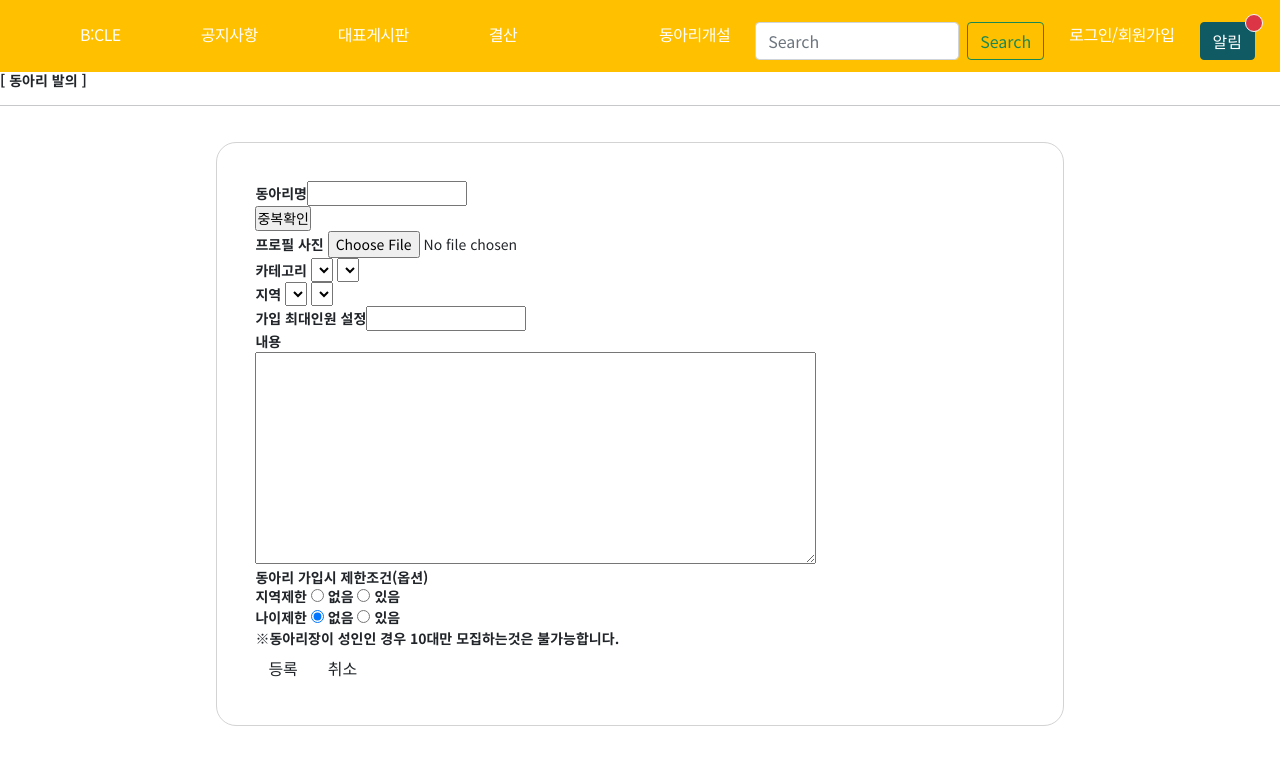
Repository: CHAEYUN7074/SpringProject
Page: http://localhost/viewpages/WEB-INF/view/PreClubUpdateForm.jsp
The author's editor kept a copy of each file at every save. The page is drawn from the files as they stood at one save, then again after the next save.
The browser window is 1280 px wide. The pictures show the whole page.
Some web fonts or font styles are not loaded; a fallback is used. The page is served by Tomcat 9. Nobody is signed in. Other server files are loaded and not shown. The template is opened directly, without the code that normally fills it, so the values that code supplies are empty.

Above is the page before, as saved 2021-12-27 14:20:57.

### viewpages/WebContent/WEB-INF/view/PreClubUpdateForm.jsp
<%@ page contentType="text/html; charset=UTF-8"%>
<%@ taglib prefix="c" uri="http://java.sun.com/jsp/jstl/core"%>
<%
   request.setCharacterEncoding("UTF-8");
String cp = request.getContextPath();
%>
<!DOCTYPE html>
<html>
<head>
<meta charset="UTF-8">
<title>PreClubUpdateForm.jsp</title>
<link rel="stylesheet" href="css/mainpage.css">
<style type="text/css">
#contents {
   margin : 5vh 30vh 5vh 30vh;
   padding : 3%;
   border : 1px solid lightgray;
   border-radius : 20px;
   font-family: 'Noto Sans KR', sans-serif;
   font-weight:bold;
}



</style>


<script type="text/javascript" src="http://code.jquery.com/jquery.min.js"></script>
<script type="text/javascript" src="<%=cp%>/js/jquery-ui.js"></script>
<script type="text/javascript" src="<%=cp%>/js/ajax.js"></script>
<script type="text/javascript">

   $(document).ready(function()
   {
      //카테고리 대분류(category_L_Id)가 변경되었을 경우 수행해야 할 코드 처리
      $("#category_L_Id").change(function()
      {
         //lert($("#category_L_Id").val());

         // Ajax 요청 및 응답 처리
         $.ajax(
         {
            type : "POST"
            ,url : "ajaxcategory.action"
            ,data : {category_L_Id : $("#category_L_Id").val()}
            ,dataType : "json" //{key : vlaue}
            ,success : function(result)
            {
               $("#category_S_Id").children().remove();
               $("#category_S_Id").append("<option value=\"\">선택</option>");

               for(var i=0; i<result.length; i++)
               {
                  $("#category_S_Id").append("<option value=\""+result[i].category_s_id+"\">"+result[i].s_cat+"</option>");
               }
            }
            ,error : function(e)
            {
               alert(e.responseText);
            }
         });
      });

      $("#region_L_Id").change(function()
      {
         //alert('변경');
         //alert($("#region_L_Id").val());

         var category_s_id = '${preopen.category_s_id}';

         $.ajax(
         {
            type : "POST"
            ,url : "ajaxregion.action"
            ,data : {region_L_Id : $("#region_L_Id").val()}
            ,dataType : "json"
            ,success : function(result)
            {
               //alert(result);
               $("#region_S_Id").children().remove();
               $("#region_S_Id").append("<option value=\"\">선택</option>");

               for(var i=0; i<result.length; i++)
               {
                  $("#region_S_Id").append("<option value=\""+result[i].region_s_id+"\">"+result[i].local+"</option>");
               }
            }
            ,error : function(e)
            {
               alert(e.responseText);
            }

          });

      });

   });
      //동아리명 중복 검사

    $(document).ready(function()
   {

      $('.title').focusout(function()  //focusout
      {
         let userTitle = $('.title').val();

         $.ajax({
            url : "checktitle.action" // ①컨트롤러로~
            , type : "POST"
            , data : {userTitle : userTitle}
            , dataType : "json"
            , success : function(result) //Check title에서 여기로 왔다.
            {
               if(result.title == 0){
                  $("#checkTitle").html('이미 동일한 이름의 동아리가 존재합니다.');
                  $("#checkTitle").css('color', 'red');
                  $('#title').val(''); //중복된 내용삭제

               }
               else
               {

                  $("#checkTitle").html('사용할 수 있는 동아리 이름입니다.');
                  $("#checkTitle").css('color', 'green');
               }
            }
            , error : function(e)
            {
               alert(e.responseText); //에러사항 보여주기
            }
         })
      })
   });



 //각 상황별 alert 창 → required로 했는데 클리어하지가 않아서, 각 상황에 맞게 알림창을 띄우기로했다.
   $(document).ready(function()
   {
      $("#submitBtn").click(function()
      {
          if ($.trim($("#title").val()).length == 0)
         {
            alert("동아리명을 입력하세요.");
            $("#title").focus();
            return;
         }

         if ($("#category_L_Id").val() == "")
         {
            alert("카테고리를 선택해주세요");
            $("#category_L_Id").focus();
            return;
         }
         if ($("#category_S_Id").val()== "")
         {
            alert("카테고리를 선택해주세요");
            $("#category_S_Id").focus();
            return;
         }
         if ($("#region_L_Id").val()== "")
         {
            alert("지역을 선택해주세요");
            $("#region_L_Id").focus();
            return;
         }
         if ($("#region_S_ID").val()== "")
         {
            alert("지역을 선택해주세요");
            $("#region_S_ID").focus();
            return;
         }
         if ($("#max").val().length == 0)
         {
            alert("최대 인원을 입력하세요");
            $("#max").focus();
            return;
         }

          if ($("#content").val().length == 0) // 내용 입력하라는 에러 , div id가 content여서
          {
             alert("내용을 입력하세요");
             $("#content").focus();
             return;
          }

         $("#updateForm").submit();
      });
   });

</script>


</head>
<body>

   <div class="wrap">
      <!-- 네브 영역 -->
      <div>
         <c:import url="nav.jsp"></c:import>
      </div>
     <!--
     HttpSession session = request.getSession();
     session.setAttribute("id", id);
       -->
      <!-- 콘텐츠 영역 -->

         <h1>[ 동아리 발의 ]</h1>
         <hr>
      <div id="contents">
         <div>
            <form action="preclubupdate.action" method="post" id="updateForm" enctype="multipart/form-data">
               <div>
                  <input type="text" name="cid" value="${preopen.cid}" style="display: none;"> <!-- cid 안보이게 삽입 -->
                  <p>
                  동아리명<input type="text" name="title" id="title" class="title" maxlength='20'  value="${preopen.title }">
                  </p>
                  <input type="button" value="중복확인" id="check">
                  <span id="checkTitle" style="font-size: small;"></span><br>

                  프로필 사진
                  <input type="file" name="url" id="url" value="${preopen.url }">
                  <p>
                  <!--
                     동아리장<input type="text" name="nickname" id="nickname"
                        placeholder="로그인 상태인 사람 여기에 자동 닉네임 뿌려주기" disabled="disabled">
                     개설예정일<input
                        type="text" name="preopendate" id="preopendate"
                        placeholder="자동입력" disabled="disabled">
                         -->
                  </p>
                  <div>
                     카테고리
                     <select id="category_L_Id" name="category_L_Id">
                        <c:forEach var="category" items="${categoryLList }">
                            <option value="${category.category_l_id}"
                            ${preopen.category_l_id == category.category_l_id ? "selected=\"selected\"" : "" }
                             >${category.l_cat}</option>
                        </c:forEach>
                     </select>
                     <select id="category_S_Id" name="category_S_Id">
                        <option value="${preopen.category_s_id}" selected="selected">${preopen.s_cat}</option>
                     </select>
                  </div>


                  <div>

                     지역
                     <select id="region_L_Id" name="region_L_Id">
                        <c:forEach var="region" items="${regionLList }">
                            <option value="${region.region_l_id}"
                            ${preopen.region_l_id == region.region_l_id ? "selected=\"selected\"" : "" }
                             >${region.city}</option>
                        </c:forEach>
                     </select>
                     <select id="region_S_Id" name="region_S_Id">
                        <option value="${preopen.region_s_id}" selected="selected">${preopen.local}</option>
                     </select>
                  </div>

                  <p>
                     가입 최대인원 설정<input type="text" id="max" name="max"  value="${preopen.max}">
                  </p>
                  <div>
                     <p>내용</p>
                     <textarea rows="10" cols="70" id="content" name="content" maxlength='100'>${preopen.content}</textarea>
                  </div>
                  <div>
                     <%-- <c:import url="beePicCreated.jsp"></c:import> --%>
                  </div>

                  <div>
                     <h5>동아리 가입시 제한조건(옵션)</h5>

                     <div>
                        지역제한
                        <input type="radio" name="regionlimit" value="X" id="regionlimitX"
                        ${preopen.limit_id == 'X' ? "checked=\"checked\"" : "" }>
                        <label for="regionlimitX">없음</label>
                        <input type="radio" name="regionlimit" id="regionlimitO" value="O"
                        ${preopen.limit_id == 'O' ? "checked=\"checked\"" : "" } >
                        <label for="regionlimitO">있음</label>
                        <br>
                        나이제한
                        <input type="radio" name="agelimit" id="agelimitX" value="X" checked="checked">
                        <label for="agelimitX">없음</label>
                        <input type="radio" name="agelimit" id="agelimitO"  value="O">
                        <label for="agelimitO">있음</label>
                        <br>※동아리장이 성인인 경우 10대만 모집하는것은 불가능합니다.
                     </div>

                     <div>
                        <button type="button" class="btn" id="submitBtn">등록</button>
                        <button type="button" class="btn" id="cancleBtn" onclick="location.href='mainpage.action'">취소</button>
                     </div>

                  </div>

               </div>
            </form>
         </div>
      </div>

   </div>




</body>
<script type="text/javascript">


</script>
</html>

### viewpages/WebContent/WEB-INF/view/nav.jsp
<%@ page contentType="text/html; charset=UTF-8"%>
<%@ taglib prefix="c" uri="http://java.sun.com/jsp/jstl/core"%>
<%
   request.setCharacterEncoding("UTF-8");
String cp = request.getContextPath();
%>
<!DOCTYPE html>
<html lang="ko">
<head>
<meta charset="UTF-8">
<meta name="viewport" content="width=device-width, initial-scale=1">
<title>B:CLE</title>
<!-- <link rel="stylesheet" href="css/main.css"> -->
<link rel="stylesheet" href="css/font-awesome.min.css">
<link
   href="https://cdn.jsdelivr.net/npm/bootstrap@5.1.3/dist/css/bootstrap.min.css"
   rel="stylesheet"
   integrity="sha384-1BmE4kWBq78iYhFldvKuhfTAU6auU8tT94WrHftjDbrCEXSU1oBoqyl2QvZ6jIW3"
   crossorigin="anonymous">

<style>
@import
   url('https://fonts.googleapis.com/css?family=Exo+2|Noto+Sans+KR&display=swap')
   ;
/*reset*/
* {
   margin: 0;
   padding: 0;
}
body {
   margin: 0;
}
h1, h2, h3, h4, h5, h6, p, ul, ol, li, dl, dt, dd {
   margin: 0;
   padding: 0;
}
h1, h2, h3, h4, h5, h6 {
   font-weight: 700;
   font-size: inherit;
}
a {
   color: inherit;
   text-decoration: inherit;
}
img {
   vertical-align: middle;
}
a img {
   border: none;
}
li {
   list-style: none;
}
address, em, i, ul {
   font-style: normal;
}
.mo {
   display: none;
}
body {
   font-family: 'Noto Sans KR', sans-serif;
   font-size: 14px;
}
header {
   font-family: 'Noto Sans KR', sans-serif;
   letter-spacing: -0.5px;
   background: rgb(255, 192, 0);
   color: white;
   height: 10vh;
   width: 100%;
   position: relative;
   margin-top: -20px;
}
.mainHeader {
   width: 100%;
   margin-top: 20px;
   box-sizing: border-box;
   vertical-align: center;
}
.mainHeader .gnbMo {
   display: none;
}
.mainHeader .gnb {
   float: left;
   margin-left: 80px;
   margin-top: 3vh;
}
.mainHeader .gnb li {
   float: left;
   margin-right: 80px;
}
.mainHeader .gnb li a {
   display: block;
   width: 100%;
   text-align: center;
   color: #fff;
   font-size: 16px;
   text-decoration-line: none;
}
.mainHeader .gnb li a:hover, .mainHeader .gnb li a:focus {
   color: #ff8342;
}
.mainHeader .tnb {
   float: right;
   margin-top: 3vh;
}
.mainHeader .tnb li {
   float: left;
   margin-right: 25px;
}
.mainHeader .tnb li a {
   display: block;
   width: 100%;
   text-align: center;
   font-size: 16px;
   color: #fff;
   text-decoration-line: none;
}
.mainHeader .tnb li:nth-child(1) a i, .mainHeader .tnb li:nth-child(2) a i
   {
   font-size: 20px;
   margin-right: 8px;
}
.mainHeader .tnb li:last-child a {
   display: block;
   width: 105px;
   line-height: 2;
   border: 1px solid #fff;
   border-radius: 30px;
   margin-top: 35px;
}
.mainHeader .tnb li:last-child a i {
   margin-left: 5px;
}
.mainHeader .tnb li:last-child a:hover {
   background: #fff;
   color: #ff8342;
   transition: all 0.3s;
}
.btn-primary {
    color: #fff;
    background-color: #105b63;
    border-color: #105b63;
}


.box {
    width: 30px;
    height: 30px;
    border-radius: 70%;
    overflow: hidden;
}
.profile {
    width: 100%;
    height: 100%;
    object-fit: cover;
}

</style>


</head>
<body>

   <c:choose>
      <c:when test="${!empty id }">
         <header>
            <div class="mainHeader">
               <nav class="gnb">
                  <ul>
                     <li><a href="mainpage.action">B:CLE</a></li>
                     <li><a href="mainnoticelist.action">공지사항</a></li>
                     <li><a href="mainfreeboardlist.action">대표게시판</a></li>
                     <li><a href="mainaccount.action">결산</a></li>
                  </ul>
               </nav>
               <nav class="tnb">
                  <ul>

                     <li><a href="clubinsertform.action">동아리개설</a></li>

                     <li>
                        <form class="d-flex">
                           <input class="form-control me-2" type="search"
                              placeholder="Search" aria-label="Search">
                           <button class="btn btn-outline-success" type="submit">Search</button>
                        </form>
                     </li>



                     <!-- 값을 넘겨보려 시도했는데 실패...ㅠ 다시 해볼게요 - 현정 -->
                     <li><a href="#">마이페이지</a></li>
                     <li><a href="logout.action"></i>로그아웃</a></li>
                         <li><button type="button"
                              class="btn btn-primary position-relative">
                              알림 <span
                                 class="position-absolute top-0 start-100 translate-middle p-2 bg-danger border border-light rounded-circle">
                                 <span class="visually-hidden">New alerts</span>
                              </span>
                             </button></li>
                  </ul>
               </nav>
               <nav class="gnbMo">
                  <a href="#"><i class="fa fa-bars" aria-hidden="true"></i></a>
               </nav>
            </div>
         </header>
      </c:when>
      <c:otherwise>
         <header>
            <div class="mainHeader">
               <nav class="gnb">
                  <ul>
                     <li><a href="mainpage.action">B:CLE</a></li>
                     <li><a href="mainnoticelist.action">공지사항</a></li>
                     <li><a href="mainfreeboardlist.action">대표게시판</a></li>
                     <li><a href="mainaccount.action">결산</a></li>
                  </ul>
               </nav>
               <nav class="tnb">
                  <ul>

                     <li><a href="#">동아리개설</a></li>

                     <li>
                        <form class="d-flex">
                           <input class="form-control me-2" type="search"
                              placeholder="Search" aria-label="Search">
                           <button class="btn btn-outline-success" type="submit">Search</button>
                        </form>
                     </li>




                     <li><a href="loginpage.action"></i>로그인/회원가입</a></li>
                     <li><button type="button"
                           class="btn btn-primary position-relative">
                           알림 <span
                              class="position-absolute top-0 start-100 translate-middle p-2 bg-danger border border-light rounded-circle">
                              <span class="visually-hidden">New alerts</span>
                           </span>
                        </button></li>
                  </ul>
               </nav>
               <nav class="gnbMo">
                  <a href="#"><i class="fa fa-bars" aria-hidden="true"></i></a>
               </nav>
            </div>
         </header>
      </c:otherwise>
   </c:choose>
   <!--header-->




</body>
</html>

<!-- 검색부분에 쓸 부트스트랩 -->
<!--       <form class="d-flex">
        <input class="form-control me-2" type="search" placeholder="Search" aria-label="Search">
        <button class="btn btn-outline-success" type="submit">Search</button>
      </form> -->

Loaded but not shown: viewpages/WebContent/js/jquery-ui.js (library); viewpages/WebContent/js/ajax.js (47 lines, source omitted); viewpages/WebContent/css/mainpage.css (112 lines, source omitted)

After the next save:
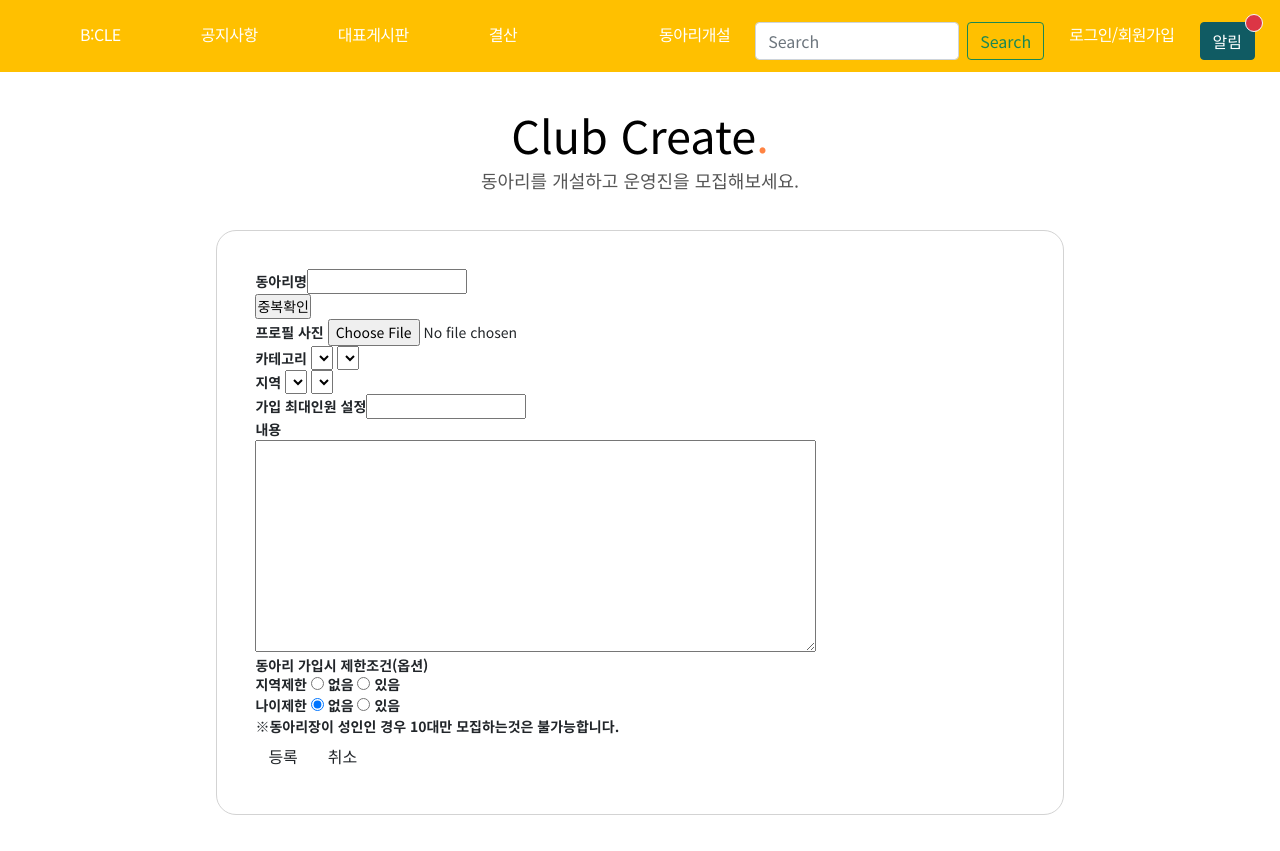
Saved 57 s later.
--- a/viewpages/WebContent/WEB-INF/view/PreClubUpdateForm.jsp
+++ b/viewpages/WebContent/WEB-INF/view/PreClubUpdateForm.jsp
@@ -11,6 +11,12 @@ String cp = request.getContextPath();
 <title>PreClubUpdateForm.jsp</title>
 <link rel="stylesheet" href="css/mainpage.css">
 <style type="text/css">
+@import
+   url('https://fonts.googleapis.com/css?family=Exo+2|Noto+Sans+KR&display=swap')
+   ;
+
+.list-title{margin-top : 5vh;}
+
 #contents {
    margin : 5vh 30vh 5vh 30vh;
    padding : 3%;
@@ -205,8 +211,13 @@ String cp = request.getContextPath();
        -->
       <!-- 콘텐츠 영역 -->
 
-         <h1>[ 동아리 발의 ]</h1>
-         <hr>
+         <section class="list-title">
+         <div class="title">
+            <h2>Club Create<span>.</span></h2>
+            <p>동아리를 개설하고 운영진을 모집해보세요.</p>
+         </div>
+      </section>
+
       <div id="contents">
          <div>
             <form action="preclubupdate.action" method="post" id="updateForm" enctype="multipart/form-data">
